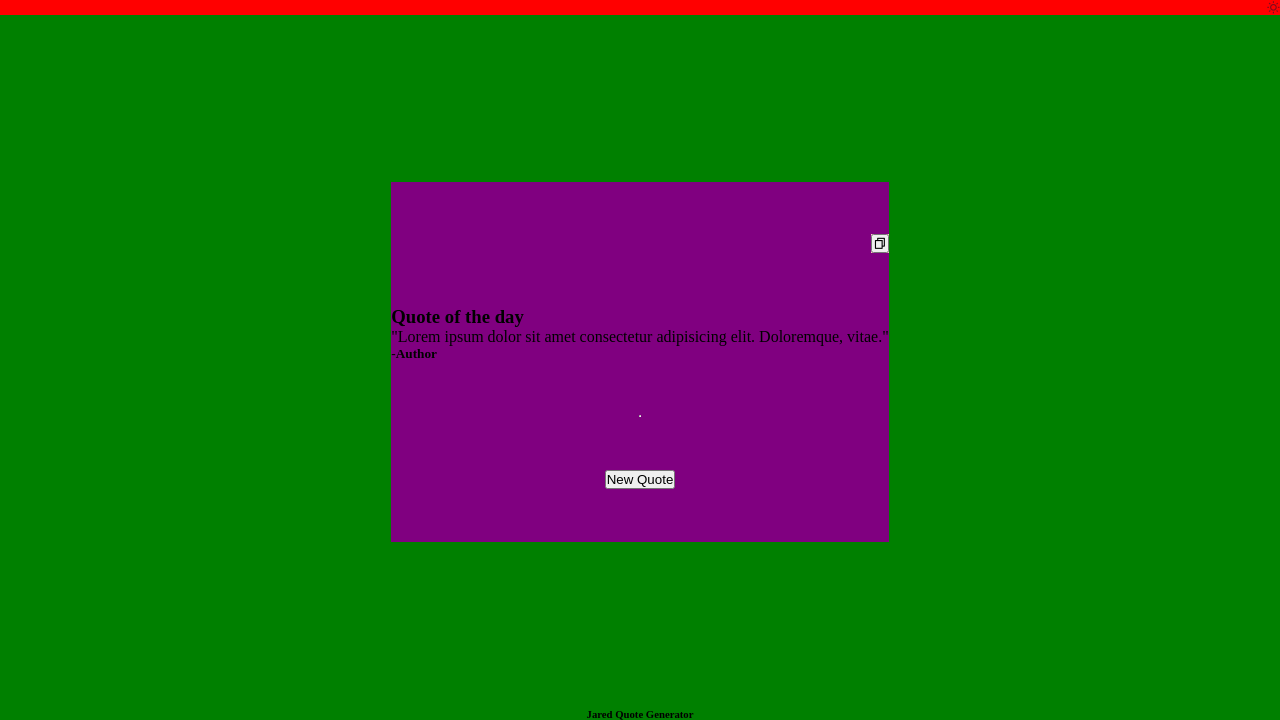
Repository: EguJaredoBoyd/Jared-Quote-Generator
Page: html/main.html
The author's editor kept a copy of each file at every save. The page is drawn from the files as they stood at one save, then again after the next save.
The browser window is 1280 px wide. The pictures show the whole page.
Some web libraries are served in a nearby version.

Above is the page before, as saved 2026-01-09 00:50:38.

### html/main.html
<!DOCTYPE html>
<html lang="en">
  <head>
    <meta charset="UTF-8" />
    <meta name="viewport" content="width=device-width, initial-scale=1.0" />
    <link rel="stylesheet" href="../css/style.css" />
    <script src="../js/main.js" defer></script>
    <link
      href="https://cdn.jsdelivr.net/npm/remixicon@4.8.0/fonts/remixicon.css"
      rel="stylesheet"
    />
    <title>Document</title>
  </head>
  <body>
    <div class="container">
      <header>
        <button><i class="ri-sun-line"></i></button>
      </header>
      <main>
        <div class="quote-container">
          <div class="quote-container__copy">
            <button><i class="ri-file-copy-line"></i></button>
          </div>
          <div class="quote-container__quotes">
            <h3>Quote of the day</h3>
            <p>
              "Lorem ipsum dolor sit amet consectetur adipisicing elit.
              Doloremque, vitae."
            </p>
            <div>
              <h5>-Author</h5>
            </div>
          </div>
          <hr />
          <div>
            <button>New Quote</button>
          </div>
        </div>
      </main>
      <footer>
        <div>
          <h6>Jared Quote Generator</h6>
        </div>
      </footer>
    </div>
  </body>
</html>

### css/style.css
* {
  margin: 0;
  padding: 0;
  box-sizing: border-box;
}

:root {
  --background-color: #7b0d1e;
  --card-color: #f8e5ee;
  --text-color: black;
  --button-color: var(--background-color);
}

html {
  font-size: 16px;
}

.lighter-theme {
  --background-color: var(--card-color);
  --card-color: var(--background-color);
  --text-color: var(--text-color);
  --button-color: var(--button-color);
}

.container {
  background-color: green;
  height: 100vh;
  display: flex;
  flex-direction: column;
  justify-content: space-between;
  align-items: center;
}

header {
  display: flex;
  justify-content: flex-end;
  background-color: red;
  width: 100%;
}

header button {
  border: none;
  background: none;
  color: var(--button-color);
}

.quote-container {
  background-color: purple;
  display: flex;
  flex-direction: column;
  justify-content: space-evenly;
  align-items: center;
  height: 50vh;
  width: auto;
}

.quote-container__copy {
  align-self: self-end;
  background-color: pink;
}

Loaded but not shown: js/main.js (no copy from this time; the picture is the same without it)

After the next save:
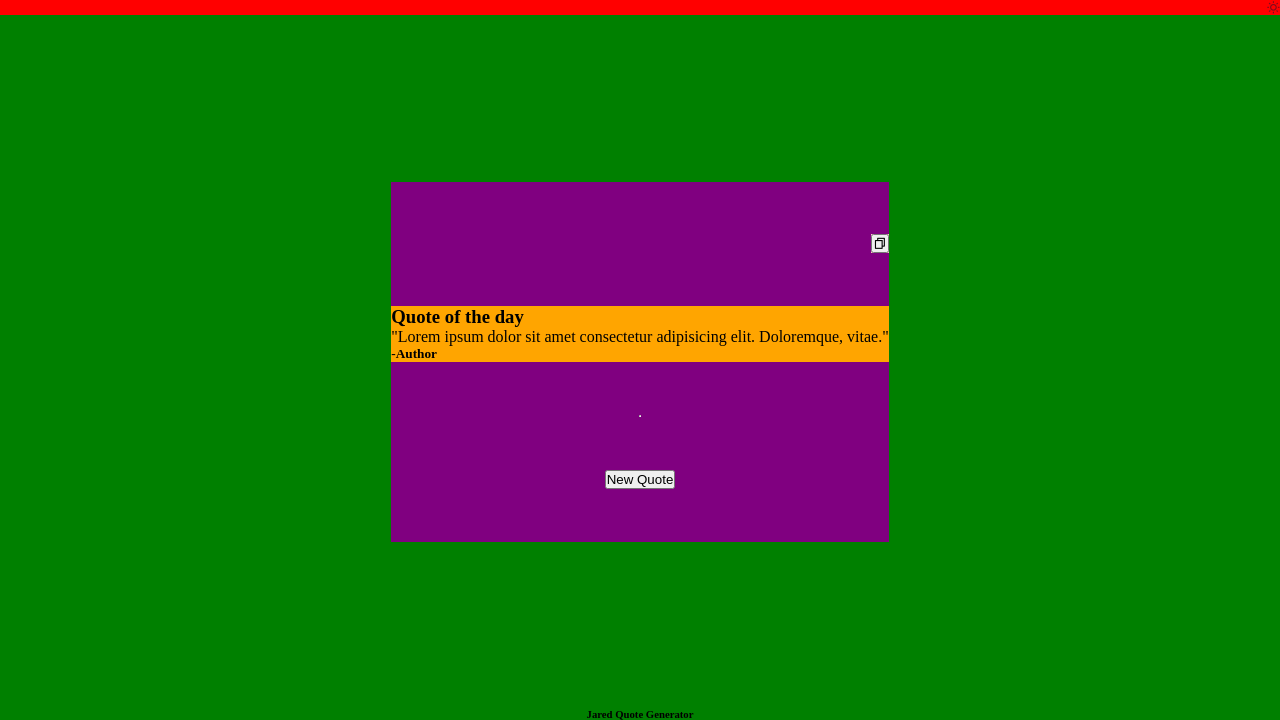
Saved 9 s later.
--- a/css/style.css
+++ b/css/style.css
@@ -58,3 +58,7 @@ header button {
   align-self: self-end;
   background-color: pink;
 }
+
+.quote-container__quotes {
+  background-color: orange;
+}
